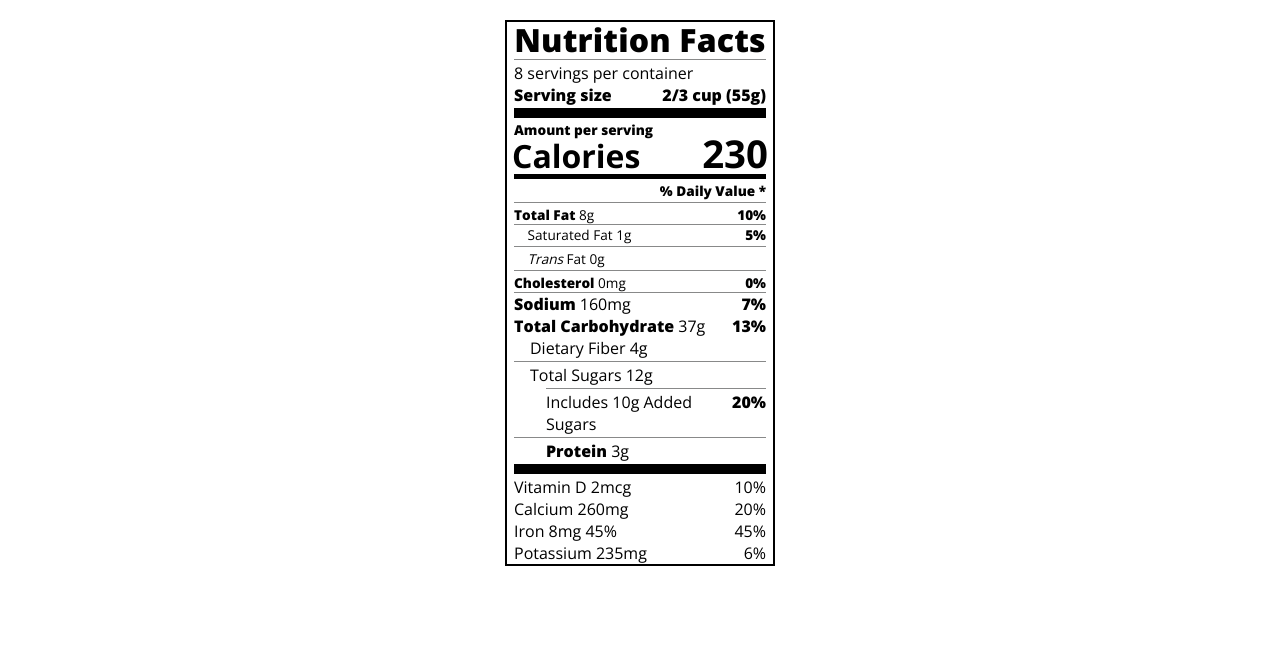
Repository: AimenDje/NutritionLabel
Page: index.html
The author's editor kept a copy of each file at every save. The page is drawn from the files as they stood at one save, then again after the next save.
The browser window is 1280 px wide. The pictures show the whole page.

Above is the page before, as saved 2025-08-31 00:03:34.

### index.html
<!DOCTYPE html>
<html lang="en">

<head>
  <meta charset="UTF-8">
  <title>Nutrition Label</title>
  <link rel="stylesheet" href="https://fonts.googleapis.com/css?family=Open+Sans:400,700,800">
  <link rel="stylesheet" href="styles.css">

</head>

<body>
  <div class="label">
    <header>
      <h1 class="bold">Nutrition Facts</h1>
      <div class="divider"></div>
      <p>8 servings per container</p>
      <p class="bold">Serving size <span>2/3 cup (55g)</span></p>
    </header>
    <div class="divider large"> </div>
     <div class="calories-info">
      <div class="left-container">
        <h2 class="bold small-text">Amount per serving</h2>
        <p> Calories</p>
      </div>
      <span> 230 </span>
    </div>
    <div class="divider medium"></div>
    <div class="daily-value small-text">
      <p class="bold right no-divider" >% Daily Value *</p>
      <div class="divider"></div>
      <p><span><span class="bold">Total Fat</span> 8g</span> <span class="bold">10%</span></p>
      <p class="indent no-divider" >Saturated Fat 1g <span class="bold">5%</span></p>
      <div class="divider"></div>
      <p class="indent no-divider"><span><i>Trans</i> Fat 0g</span></p>
      <div class="divider"></div>
      <p> <span><span class="bold">Cholesterol</span> 0mg</span> <span class="bold">0%</span> </div>
      <p><span><span class="bold">Sodium</span> 160mg </span> <span class="bold">7%</span> </p>
      <p><span><span class="bold">Total Carbohydrate</span> 37g</span> <span class="bold">13%</span></p>
      <p class="indent no-divider">Dietary Fiber 4g </p>
      <div class="divider"></div>
      <p class="indent no-divider"> Total Sugars 12g</p>
      <div class="divider double-indent"></div>
      <p class="double-indent no-divider">Includes 10g Added Sugars <span class="bold">20% <span></p>
      <div class="divider"></div>
      <p class="double-indent no-divider"><span><span class="bold">Protein</span> 3g</span></p>
      <div class="divider large"></div>
      <p>Vitamin D 2mcg <span>10%</span></p>
      <p>Calcium 260mg <span>20%</span></p>
      <p>Iron 8mg 45% <span>45%</span></p>
      <p class="no-divider">Potassium 235mg <span>6%</span></p>
    </div>
  </div>
  </div>
</body>
</html>

### styles.css
*{
  box-sizing: border-box;
}

body{
  font-family:"Open Sans", sans-serif;
}

html{
  font-size:16px;
}

.label {
  border: 2px solid black;
  width: 270px;
  margin: 20px auto;
  padding : 0 7px;
}

header h1 {
  text-align: center;
  margin : -4px 0;
  letter-spacing : 0.15px;
}

p{
  margin : 0;
  display:flex;
  justify-content: space-between;
}

.divider{
  border-bottom: 1px solid #888989;
  margin : 2px 0;
}

.bold{
  font-weight: 800;
}

.large{
  height:10px;

}
.large, .medium{
  background-color:black;
  border:0;
}

.small-text{
  font-size: 0.85rem;
}

.calories-info h2{
  margin:0;
}

.calories-info{
  display:flex;
  justify-content:space-between;
  align-items:flex-end;
}

.left-container p{
  margin:-5px -2px;
  font-size: 2em;
  font-weight:700;
}

.calories-info span {
  font-size: 2.4em;
  font-weight: 700;
  margin : -7px -2px;
}

.medium{
  height:5px;
}

.right{
  justify-content: flex-end ;
}

.indent{
  margin-left:1em;
}

.daily-value p:not(.no-divider) {
  border-bottom: 1px solid #888989;
}

.double-indent{
  margin-left : 2em;
}

After the next save:
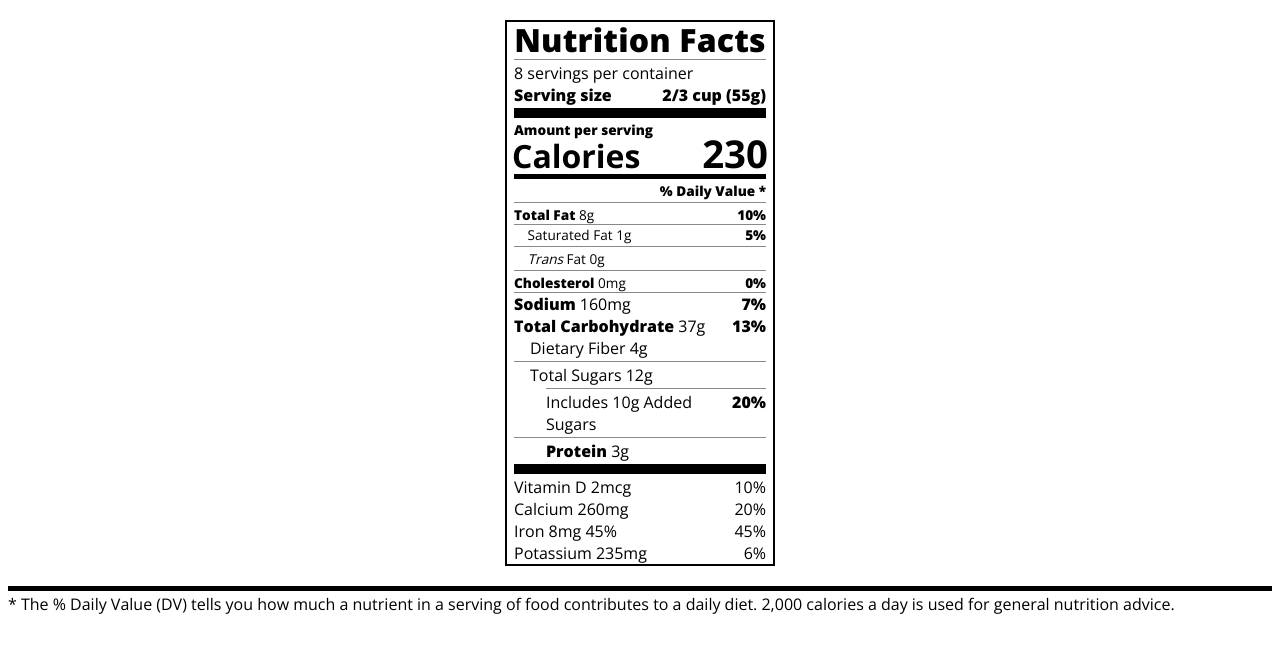
Saved 3 min 19 s later.
--- a/index.html
+++ b/index.html
@@ -50,6 +50,9 @@
       <p>Iron 8mg 45% <span>45%</span></p>
       <p class="no-divider">Potassium 235mg <span>6%</span></p>
     </div>
+    <div class="medium divider"> </div>
+    <p class="note"> * The % Daily Value (DV) tells you how much a nutrient in a serving of food contributes to a daily diet.
+    2,000 calories a day is used for general nutrition advice.</p>
   </div>
   </div>
 </body>
